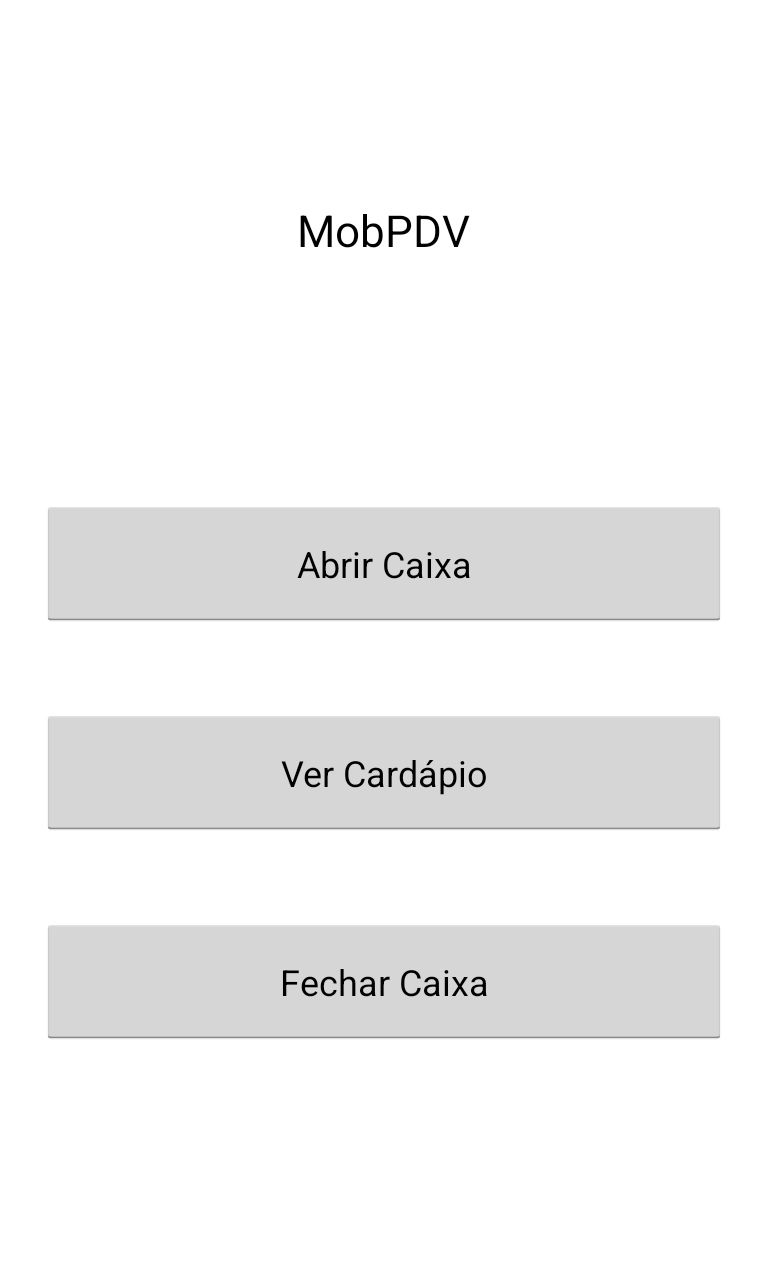
Repository: tmalveirac/mobpdv
Layout: WorkspaceAndroid/MobPDVProjet/res/layout/activity_main.xml
These files come from the project's save history. The layout is drawn as it stood at one moment and after a run of saves; the edit follows.
It is drawn on a 768 x 1280 px phone screen (xhdpi) without system bars, with theme AppTheme; the app's code is not run.

Above is the layout before, as saved 2013-05-21 11:34:11.

### WorkspaceAndroid/MobPDVProjet/res/layout/activity_main.xml
<LinearLayout xmlns:android="http://schemas.android.com/apk/res/android"
    xmlns:tools="http://schemas.android.com/tools"
    android:layout_width="fill_parent"
    android:layout_height="fill_parent"
    android:orientation="vertical"
    tools:context=".MainActivity" >

    <TextView
        android:id="@+id/textView1"
        android:layout_width="wrap_content"
        android:layout_height="wrap_content"
        android:layout_gravity="center"
        android:layout_margin="100dp"
        android:text="@string/txtMain"
        android:textAppearance="?android:attr/textAppearanceLarge" />

    <Button
        android:id="@+id/btnAbrCxa"
        android:layout_width="fill_parent"
        android:layout_height="wrap_content"
        android:layout_margin="20dp"
        android:padding="20dp"
        android:text="@string/btnAbrCxa" />

    <Button
        android:id="@+id/btnVerCdp"
        android:layout_width="fill_parent"
        android:layout_height="wrap_content"
        android:layout_gravity="center_vertical"
        android:layout_margin="20dp"
        android:padding="20dp"
        android:text="@string/btnVerCdp" />

    <Button
        android:id="@+id/btnFecCxa"
        android:layout_width="fill_parent"
        android:layout_height="wrap_content"
        android:layout_margin="20dp"
        android:padding="20dp"
        android:text="@string/btnFecCxa" />

</LinearLayout>

### WorkspaceAndroid/MobPDVProjet/res/values/strings.xml
<?xml version="1.0" encoding="utf-8"?>
<resources>

    <string name="app_name">MobPDV</string>
    <string name="action_settings">Configurações</string>
    <string name="hello_world">Hello world!</string>
    <string name="btnAbrCxa">Abrir Caixa</string>
    <string name="btnIniVda">Iniciar Venda</string>
    <string name="btnFecCxa">Fechar Caixa</string>
    <string name="btnVerCdp">Ver Cardápio</string>
    <string name="title_activity_ciclo_vida">CicloVida</string>
    <string name="title_activity_pedido">Pedido</string>
    <string name="title_activity_cardapio">Cardapio</string>
    <string name="txtMain">MobPDV</string>

</resources>

Loaded but not shown: WorkspaceAndroid/MobPDVProjet/res/values/styles.xml (common file); WorkspaceAndroid/MobPDVProjet/res/values-v11/styles.xml (common file); WorkspaceAndroid/MobPDVProjet/res/values-v14/styles.xml (common file)

After the next 2 saves:
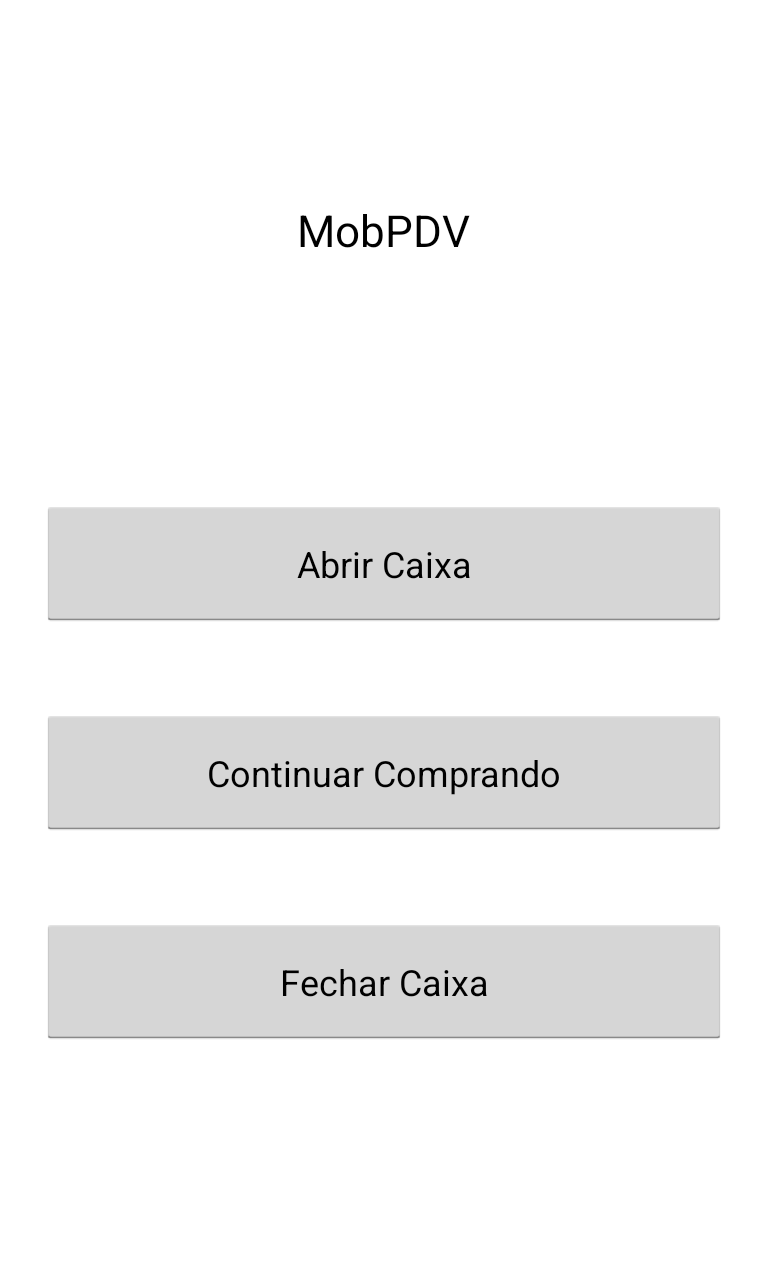
The 2 saves are shown as one change because 1 did not build or start.
The last was saved 101 s later.
--- a/WorkspaceAndroid/MobPDVProjet/res/values/strings.xml
+++ b/WorkspaceAndroid/MobPDVProjet/res/values/strings.xml
@@ -8,6 +8,7 @@
     <string name="btnIniVda">Iniciar Venda</string>
     <string name="btnFecCxa">Fechar Caixa</string>
     <string name="btnVerCdp">Ver Cardápio</string>
+    <string name="btnVerCdp">Continuar Comprando</string>
     <string name="title_activity_ciclo_vida">CicloVida</string>
     <string name="title_activity_pedido">Pedido</string>
     <string name="title_activity_cardapio">Cardapio</string>

After the save that followed:
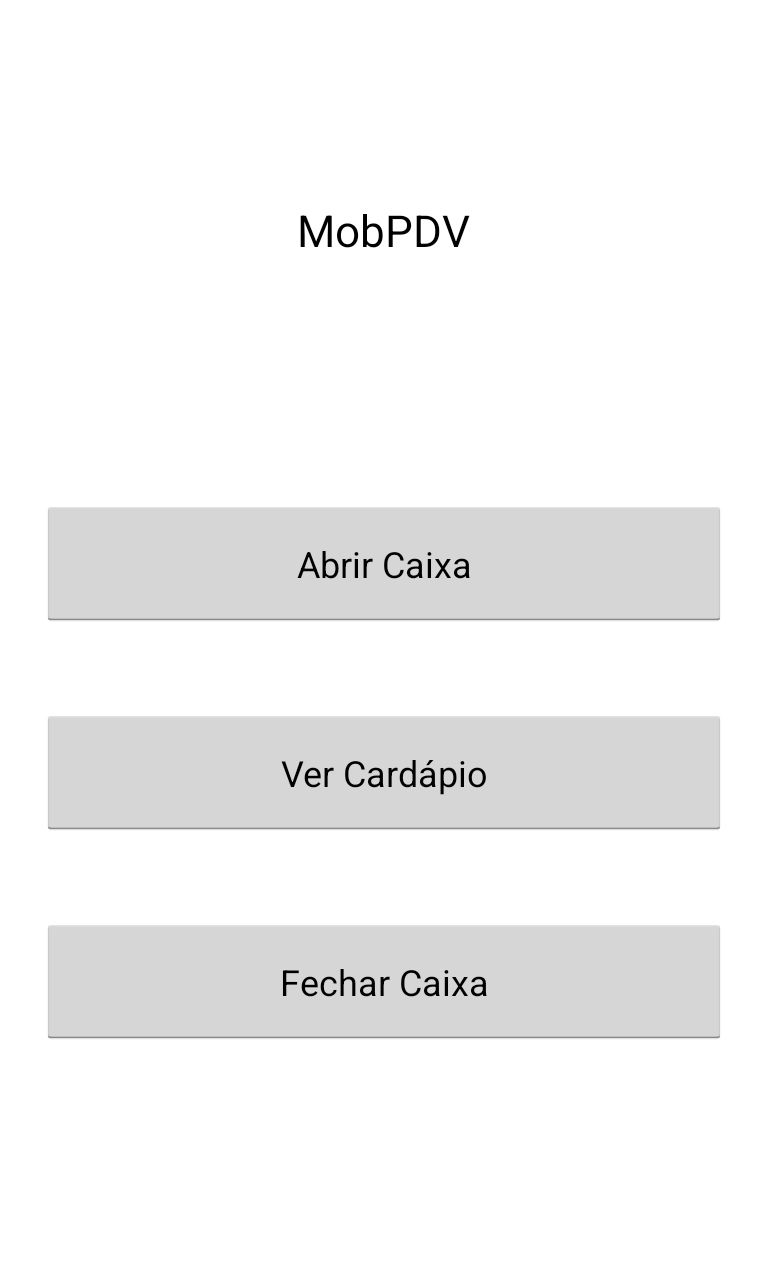
Saved 16 s later.
--- a/WorkspaceAndroid/MobPDVProjet/res/values/strings.xml
+++ b/WorkspaceAndroid/MobPDVProjet/res/values/strings.xml
@@ -8,7 +8,6 @@
     <string name="btnIniVda">Iniciar Venda</string>
     <string name="btnFecCxa">Fechar Caixa</string>
     <string name="btnVerCdp">Ver Cardápio</string>
-    <string name="btnVerCdp">Continuar Comprando</string>
     <string name="title_activity_ciclo_vida">CicloVida</string>
     <string name="title_activity_pedido">Pedido</string>
     <string name="title_activity_cardapio">Cardapio</string>
